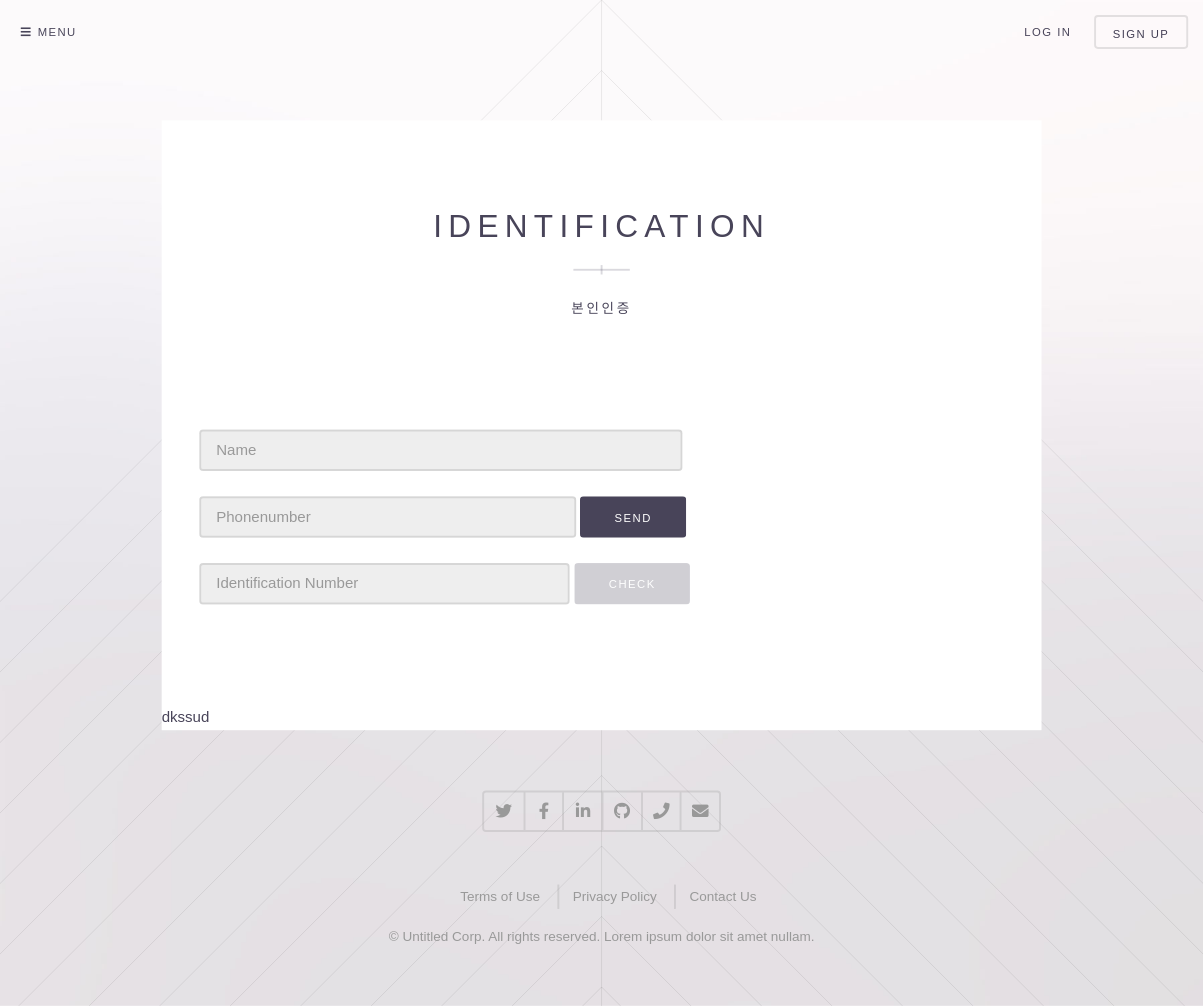
Repository: WKMoon/JavaScript-Project
Page: myFront/WebContent/identification.html
These files come from the project's save history. The page is drawn as it stood at one moment and after the next save; the edit follows.
The browser window is 1280 px wide. The pictures show the whole page, at 94% of full size.
Some web fonts or font styles are not loaded; a fallback is used.

Above is the page before, as saved 2021-03-01 23:47:46.

### myFront/WebContent/identification.html
<!DOCTYPE html>
<html>
<head>
<meta charset="UTF-8">
<meta name="viewport" content="width=device-width, initial-scale=1, user-scalable=no" />
<link rel="stylesheet" href="assets/css/main.css" />
<title>Identification</title>
</head>
	<body class="is-preload">

		<!-- Header -->
			<header id="header">
				<a href="#menu">Menu</a>
				<a href="login.html">Log In</a>
				<a href="signup.html" class="button">Sign Up</a>
			</header>

		<!-- Nav -->
			<nav id="menu">
				<ul class="links">
					<li><a href="index.html">Home</a></li>
<!-- 					<li><a href="generic.html">Generic</a></li>
					<li><a href="elements.html">Elements</a></li> -->
				</ul>
				<ul class="actions stacked">
					<li><a href="login.html" class="button primary fit">Log In</a></li>
					<li><a href="signup.html" class="button fit">Sign Up</a></li>
				</ul>
			</nav>


		<!-- Main -->
			<section id="main" class="wrapper style1">
				<div class="inner">

					<!-- Title -->
						<header class="major special">
							<h1>Identification</h1>
							<p>본인인증</p>
						</header>

					<!-- Content -->
						<div class="content">
							<form method="post" action="#">
											<div>
												<div class="col-6 col-12-xsmall" style="width:60%;">
													<input type="text" name="name" id="name" value="" placeholder="Name"/>
												</div>
												<div class="col-6 col-12-xsmall" style="width:65%;">
													<input type="password" name="pn" id="pn" value="" placeholder="Phonenumber" style="width:72%; display:inline"/>
													<input type="button" value="Send" class="primary" style="margin:0 0 0 0;"/>
												</div>

												<div class="col-6 col-12-xsmall" style="width:64%;">
													<input type="password" name="pn" id="pn" value="" placeholder="Identification Number" style="width:72%; display:inline"/>
													<input type="button" value="Check" class="primary" disabled style="margin:0 0 0 0;"/>
												</div>

												<!-- Break -->

												<!-- Break -->

											</div>
										</form>
						</div>

										<div>dkssud</div>

				</div>

			</section>

		<!-- Footer -->
			<footer id="footer">
				<ul class="alt-icons">
					<li><a href="#" class="icon brands fa-twitter"><span class="label">Twitter</span></a></li>
					<li><a href="#" class="icon brands fa-facebook-f"><span class="label">Facebook</span></a></li>
					<li><a href="#" class="icon brands fa-linkedin-in"><span class="label">LinkedIn</span></a></li>
					<li><a href="#" class="icon brands fa-github"><span class="label">GitHub</span></a></li>
					<li><a href="#" class="icon solid fa-phone"><span class="label">Phone</span></a></li>
					<li><a href="#" class="icon solid fa-envelope"><span class="label">Email</span></a></li>
				</ul>
				<ul class="menu">
					<li><a href="#">Terms of Use</a></li>
					<li><a href="#">Privacy Policy</a></li>
					<li><a href="#">Contact Us</a></li>
				</ul>
				<p class="copyright">
					&copy; Untitled Corp. All rights reserved. Lorem ipsum dolor sit amet nullam.
				</p>
			</footer>

		<!-- Scripts -->
			<script src="assets/js/jquery.min.js"></script>
			<script src="assets/js/jquery.scrolly.min.js"></script>
			<script src="assets/js/jquery.scrollex.min.js"></script>
			<script src="assets/js/browser.min.js"></script>
			<script src="assets/js/breakpoints.min.js"></script>
			<script src="assets/js/util.js"></script>
			<script src="assets/js/main.js"></script>

	</body>
</html>

Loaded but not shown: myFront/WebContent/assets/js/jquery.min.js (library); myFront/WebContent/assets/js/jquery.scrolly.min.js (common file); myFront/WebContent/assets/js/jquery.scrollex.min.js (common file); myFront/WebContent/assets/js/browser.min.js (common file); myFront/WebContent/assets/js/breakpoints.min.js (common file); myFront/WebContent/assets/css/fontawesome-all.min.css (library); myFront/WebContent/assets/js/util.js (587 lines, source omitted); myFront/WebContent/assets/js/main.js (57 lines, source omitted); myFront/WebContent/assets/css/main.css (4487 lines, source omitted)

After the next save:
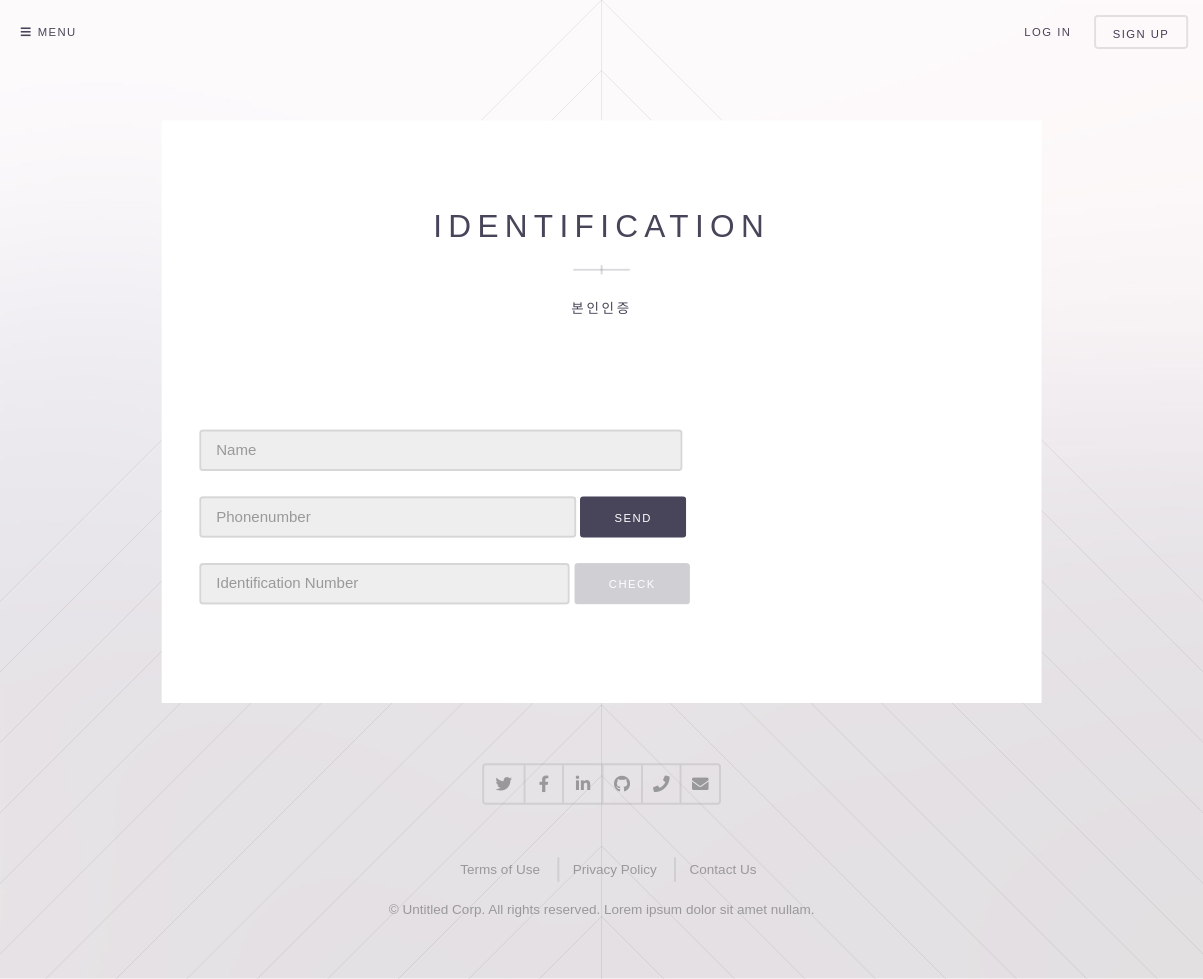
Saved 12 s later.
--- a/myFront/WebContent/identification.html
+++ b/myFront/WebContent/identification.html
@@ -64,7 +64,6 @@
 										</form>
 						</div>
 
-										<div>dkssud</div>
 
 				</div>
 
